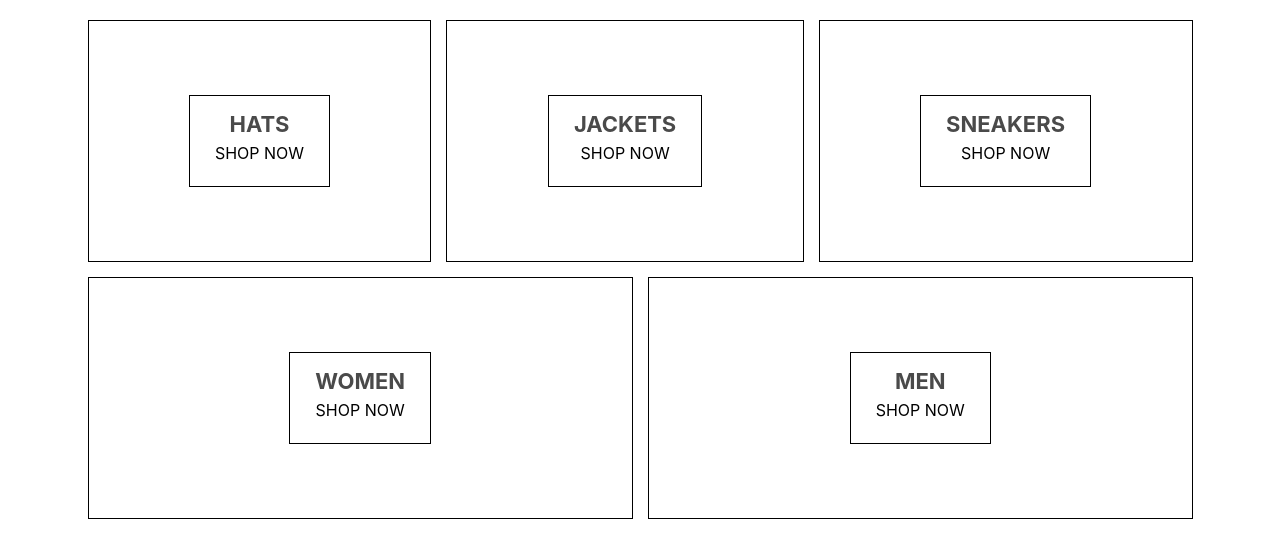
Repository: Daga01/clothing-ecommerce
Page: /signin
The author's editor kept a copy of each file at every save. The page is drawn from the files as they stood at one save, then again after the next save.
The browser window is 1280 px wide. The pictures show the whole page.
The project was rebuilt for these pictures with package versions that can differ from the ones it lists, and the page was loaded fresh each time. Also part of the build but not shown: src/App.css.

Above is the page before, as saved 2020-01-30 17:12:55.

### src/App.js
import React from 'react';
import './App.css';
import HomePage from './homepage.component'

function App() {
  return (
    <div>
      <HomePage/>
    </div>
  );
}

export default App;

### src/homepage.component.jsx
import React from 'react';
import styles from './homepage.styles.scss'

const HomePage = () => (
  <div className='homepage'>
    <div className='directory-menu'>
      <div className='menu-item'>
        <div className='content'>
          <h1 className='title'>HATS</h1>
          <span className='subtitle'>SHOP NOW</span>
        </div>
      </div>
      <div className='menu-item'>
        <div className='content'>
          <h1 className='title'>JACKETS</h1>
          <span className='subtitle'>SHOP NOW</span>
        </div>
      </div>
      <div className='menu-item'>
        <div className='content'>
          <h1 className='title'>SNEAKERS</h1>
          <span className='subtitle'>SHOP NOW</span>
        </div>
      </div>
      <div className='menu-item'>
        <div className='content'>
          <h1 className='title'>WOMEN</h1>
          <span className='subtitle'>SHOP NOW</span>
        </div>
      </div>
      <div className='menu-item'>
        <div className='content'>
          <h1 className='title'>MEN</h1>
          <span className='subtitle'>SHOP NOW</span>
        </div>
      </div>
    </div>
  </div>
);

export default HomePage;

### src/homepage.styles.scss
.homepage {
  display: flex;
  flex-direction: column;
  align-items: center;
  padding: 20px 80px;
}

.directory-menu {
  width: 100%;
  display: flex;
  flex-wrap: wrap;
  justify-content: space-between;
}

.menu-item {
  min-width: 30%;
  height: 240px;
  flex: 1 1 auto;
  display: flex;
  align-items: center;
  justify-content: center;
  border: 1px solid black;
  margin: 0 7.5px 15px;

  &:first-child {
    margin-right: 7.5px;
  }

  &:last-child {
    margin-left: 7.7px;
  }

  .content {
    height: 90px;
    padding: 0 25px;
    display: flex;
    flex-direction: column;
    align-items: center;
    border: 1px solid black;

    .title {
      font-weight: bold;
      margin-bottom:6px;
      font-size: 22px;
      color: #4a4a4a;
    }
  }


}

Loaded but not shown: public/index.html (common file); src/index.js (common file); src/index.css (common file)

After the next save:
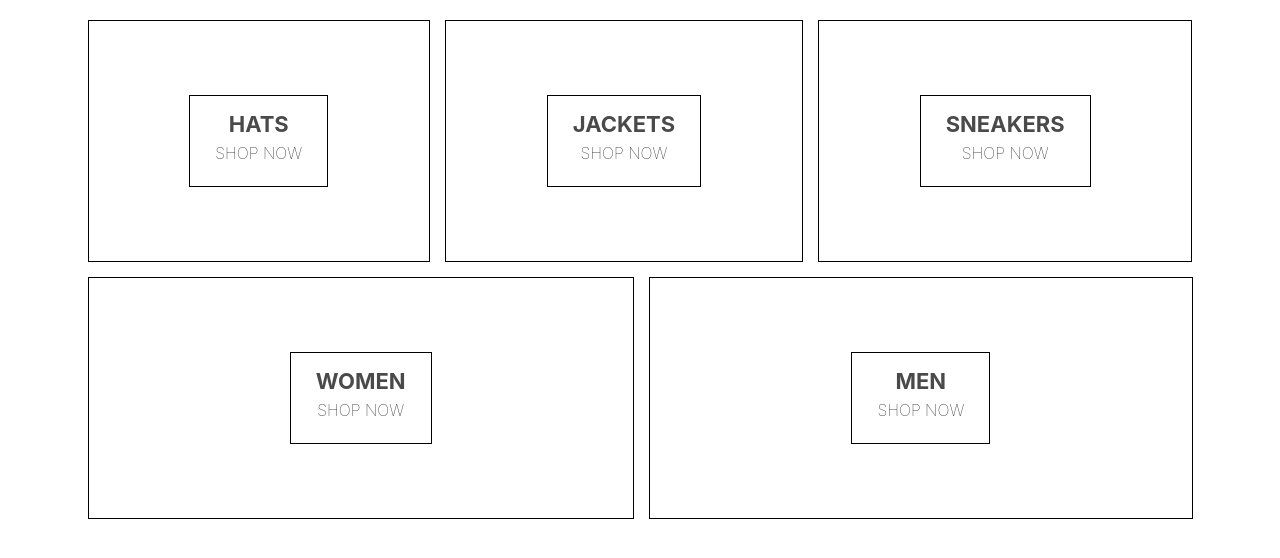
Saved 34 s later.
--- a/src/homepage.styles.scss
+++ b/src/homepage.styles.scss
@@ -44,6 +44,11 @@
       font-size: 22px;
       color: #4a4a4a;
     }
+
+    .subtitle {
+      font-weight: lighter;
+      font-size: 16px;
+    }
   }
 
 
